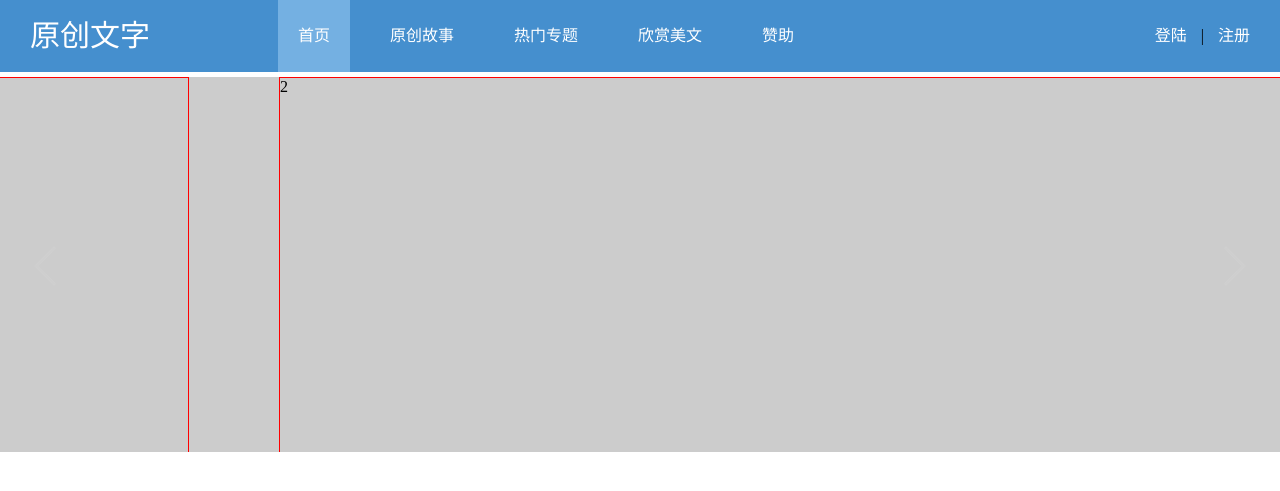
Repository: equation-zheng/Article
Page: http://localhost/Idles/
These files come from the project's save history. The page is drawn as it stood at one moment and after the next save; the edit follows.
The browser window is 1280 px wide. The pictures show the whole page.
After loading, the first visible `s.moveLeft` was clicked once.
Some web libraries are served in a nearby version. The page is served by Tomcat 9.

Above is the page before, as saved 2017-12-06 03:02:08.
Console error: TypeError: moveLeft is not a function

After the next save:
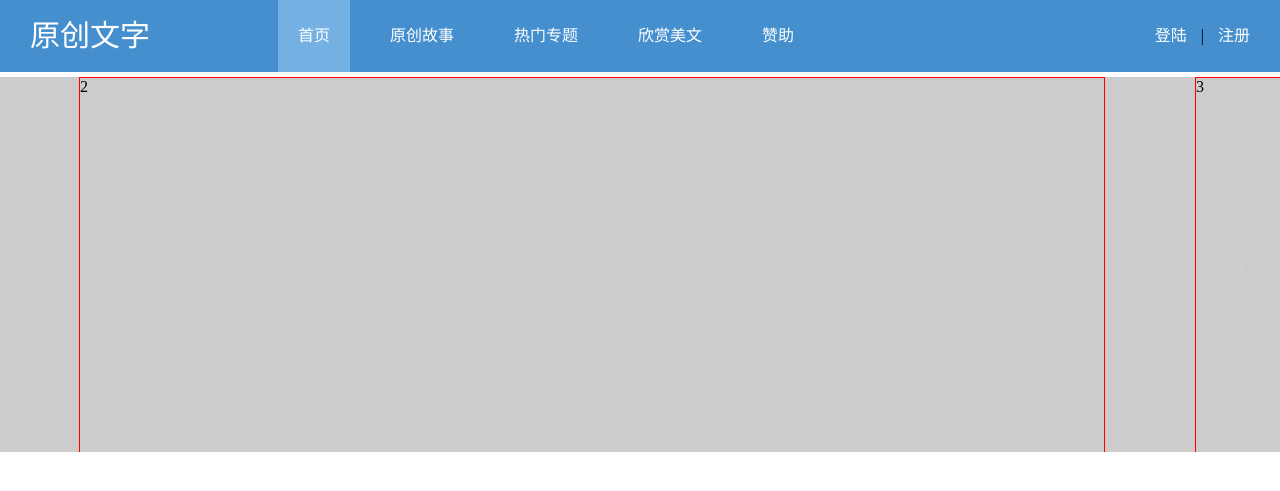
Saved 87 s later.
--- a/Service/apache-tomcat-7.0.82/Idles/WebContent/index.jsp
+++ b/Service/apache-tomcat-7.0.82/Idles/WebContent/index.jsp
@@ -138,7 +138,7 @@
 	var moveRight = $('.moveRight').eq(0);
 	var ul = $('.banner ul').eq(0);
 	moveLeft.on('click', function() {
-		ul.animate({marginLeft : -2048}, 1000);
+		ul.animate({marginLeft : -2248}, 1000);
 	})
 	moveRight.on('clock', function() {
 		ul
